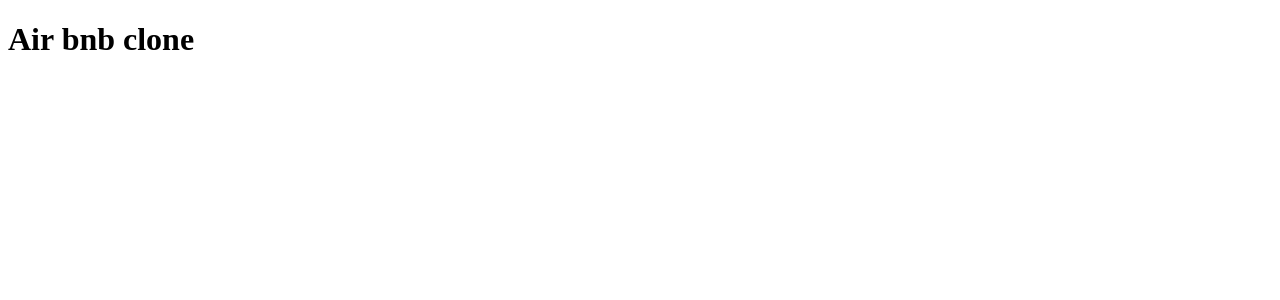
Repository: ahmadsaadkhan/Airbn-demo
Page: /
The author's editor kept a copy of each file at every save. The page is drawn from the files as they stood at one save, then again after the next save.
The browser window is 1280 px wide. The pictures show the whole page.
The project was rebuilt for these pictures with package versions that can differ from the ones it lists, and the page was loaded fresh each time. The framework's server and built-in components were replaced by stand-ins that run in the browser.

Above is the page before, as saved 2021-08-06 16:44:37.

After the next save:
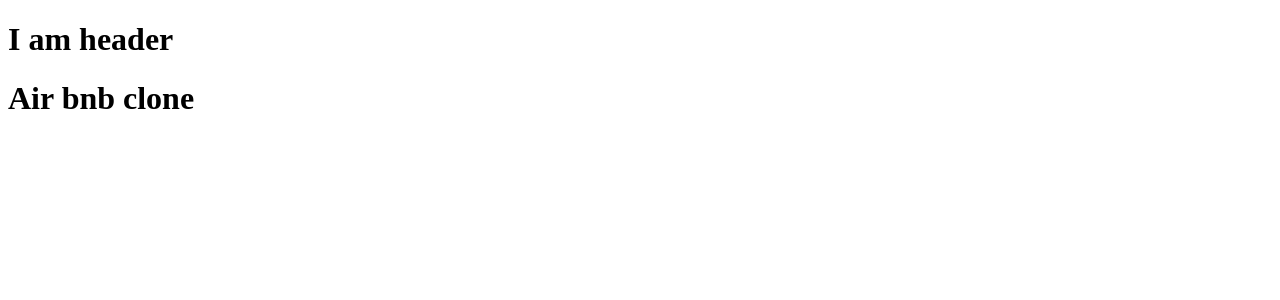
Saved 34 s later.
--- a/pages/index.js
+++ b/pages/index.js
@@ -1,4 +1,5 @@
 import Head from 'next/head'
+import Header from '../Components/Header'
 
 export default function Home() {
   return (
@@ -7,6 +8,7 @@
         <title>Air Bnb Clone</title>
         <link rel="icon" href="/favicon.ico" />
       </Head>
+      <Header />
       <h1>Air bnb clone</h1>
     </div>
   )

After the 2 saves that followed:
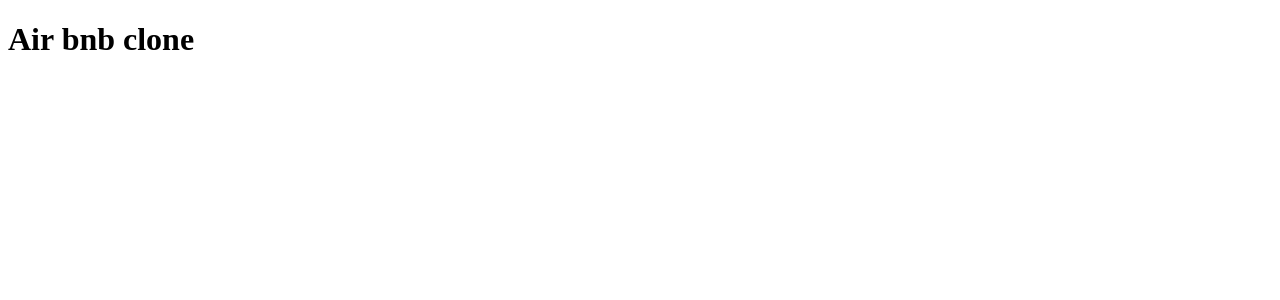
The 2 saves are shown as one change because 1 left the picture as it was.
The last was saved 5 min 31 s later.
--- a/pages/index.js
+++ b/pages/index.js
@@ -3,7 +3,7 @@
 
 export default function Home() {
   return (
-    <div className="flex flex-col items-center justify-center min-h-screen py-2">
+    <div className="">
       <Head>
         <title>Air Bnb Clone</title>
         <link rel="icon" href="/favicon.ico" />
--- a/Components/Header.js
+++ b/Components/Header.js
@@ -1,6 +1,10 @@
 const Header = () => {
     return (
-        <h1>I am header</h1>
+        <div>
+            <div></div>
+            <div></div>
+            <div></div>
+        </div>
      );
 }
 
